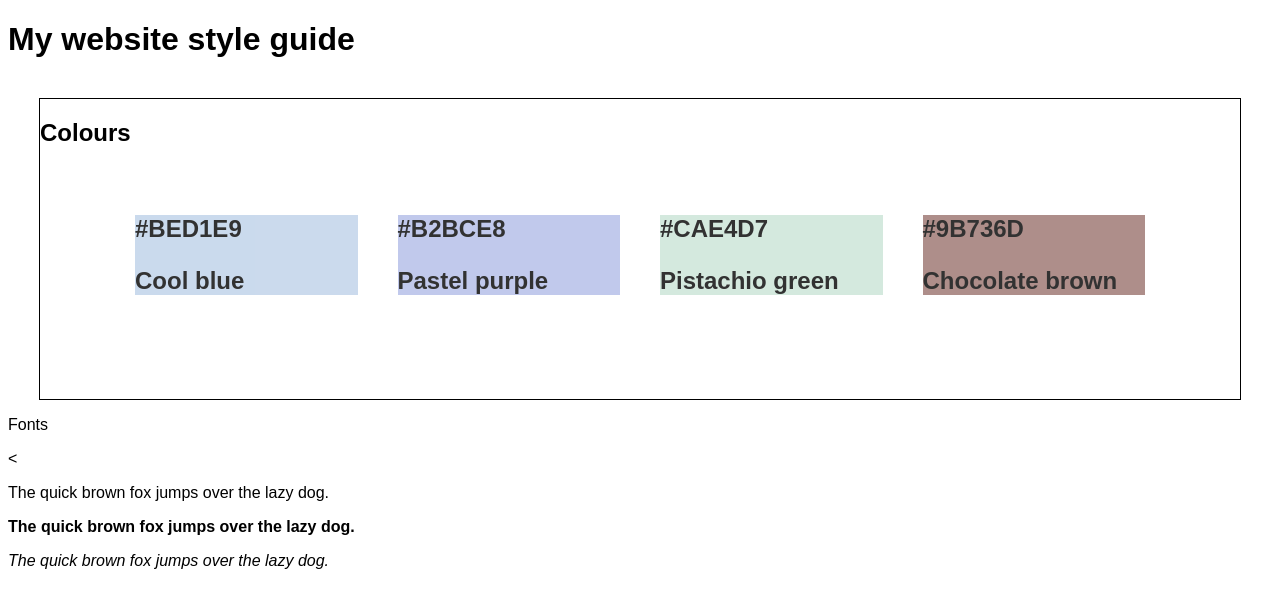
Repository: nazaninrizvi/codecademy
Page: Javascript/website-design-system/index.html
An editor plug-in stored every save of this project. The page is shown before and after the next save, followed by the edit.
The browser window is 1280 px wide. The pictures show the whole page.

Above is the page before, as saved 2021-11-26 16:11:03.

### Javascript/website-design-system/index.html
<!DOCTYPE html>
<html>
    <head>
        <title>My website style guide</title>
        <link rel="stylesheet" href="styles.css" type="text/css" />
    </head>
    <body>
        <h1>My website style guide</h1>
        <div id="colors">
            <div class="colors-container">
                <h2>Colours</p>
                <div class="colcontainer">
                    <div class="cols"><div id="coolblue">
                        <p>#BED1E9</p>
                        <p>Cool blue</p>
                    </div></div>

                    <div class="cols"><div id="pastelPurple">
                        <p>#B2BCE8</p>
                        <p>Pastel purple</p>
                    </div></div>

                    <div class="cols"><div id="pistachio">
                        <p>#CAE4D7</p>
                        <p>Pistachio green</p>
                    </div></div>

                    <div class="cols"><div id="brown">
                        <p>#9B736D</p>
                        <p>Chocolate brown</p>
                    </div></div>
                </div>
            </div>
        </div>
        <div id="fonts">
           <p>Fonts</p>
           <div class="fontcontainer">
               <div class='font' id="montserrat">
                   <
                <p>The quick brown fox jumps over the lazy dog.</p>
                <p><b>The quick brown fox jumps over the lazy dog.</b></p>
                <p><i>The quick brown fox jumps over the lazy dog.</i></p>                </i></p>
            </div>
           </div>
        </div>
    </body>
</html>

### Javascript/website-design-system/styles.css
*{
    font-family: 'Montserrat', sans-serif;
}

.colors-container{
    height: 300px;
    max-width: 1200px;
    margin: 40px auto auto auto;
    border: 1px solid black;
  }

  .colcontainer{
    max-width: 1050px;
    margin: 15px auto auto auto;
    display: flex;
    justify-content: space-between;
  }

  .cols{
    height: 300px;
    padding: 20px;
    margin-bottom: auto;
    flex-basis: 30%;
    box-sizing: border-box;
    opacity: 0.8;
  }

#coolblue{
    background-color: #bed1e9;
  }

#pastelPurple{
    background-color: #B2BCE8;
}

#pistachio{
    background-color: #CAE4D7;
}

#brown{
    background-color: #9B736D;
}

After the next save:
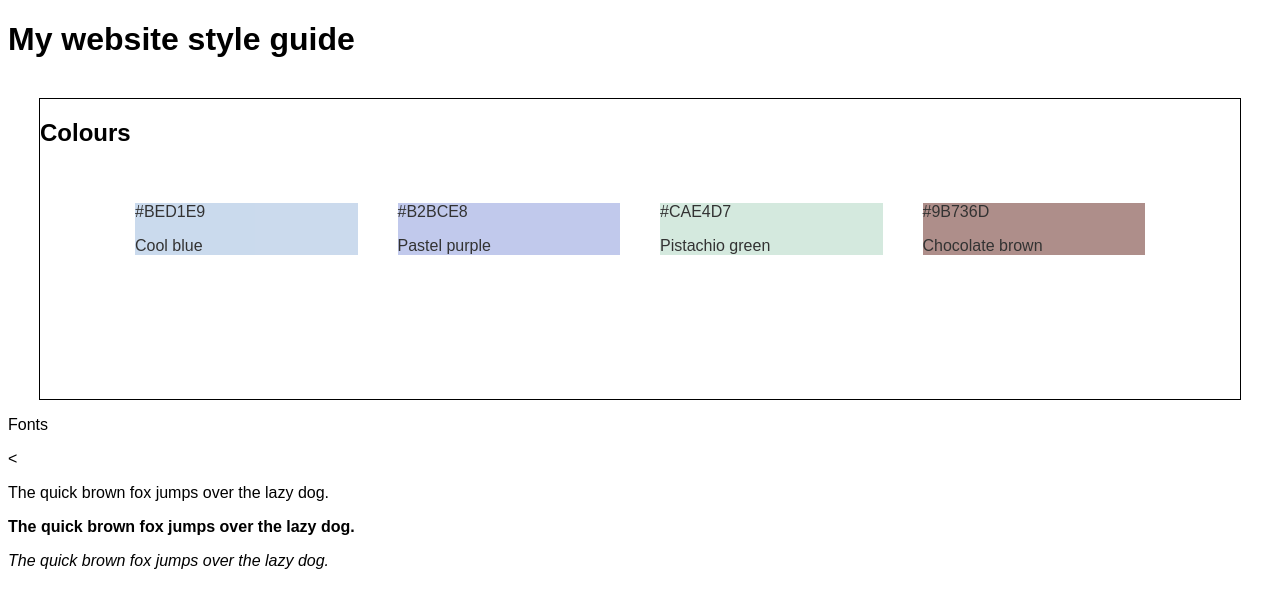
Saved 4 s later.
--- a/Javascript/website-design-system/index.html
+++ b/Javascript/website-design-system/index.html
@@ -8,7 +8,7 @@
         <h1>My website style guide</h1>
         <div id="colors">
             <div class="colors-container">
-                <h2>Colours</p>
+                <h2>Colours</h2>
                 <div class="colcontainer">
                     <div class="cols"><div id="coolblue">
                         <p>#BED1E9</p>
